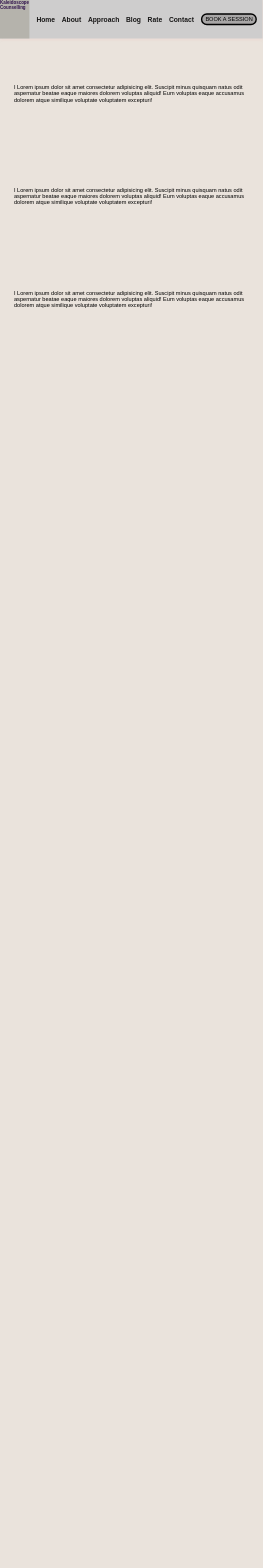
Repository: voutadi/ava-website
Page: index.html
The author's editor kept a copy of each file at every save. The page is drawn from the files as they stood at one save, then again after a run of saves.
The browser window is 375 px wide. The pictures show the part of the page from y = 0 to 2240 px (the page is 3120 px tall), at 70% of full size.

Above is the page before, as saved 2024-07-03 12:51:07.

After the next 2 saves:
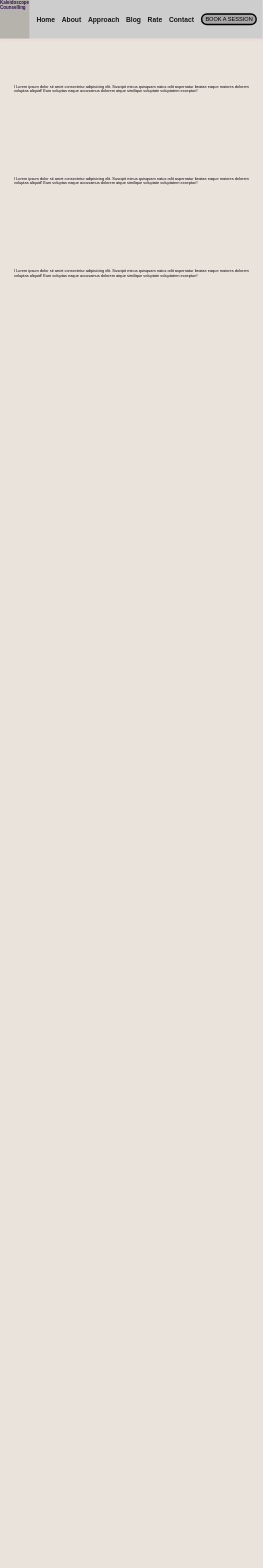
The 2 saves are shown as one change because they came seconds apart.
The last was saved 8 s later.
--- a/styles/style.css
+++ b/styles/style.css
@@ -91,7 +91,7 @@
 }
 @media (max-width: 380px) {
   body {
-    font-size: 0.35rem ;
+    font-size: 0.35rem !important;
   } /* Smaller font size */
   button {
     font-size: 0.35rem;

After the 2 saves that followed:
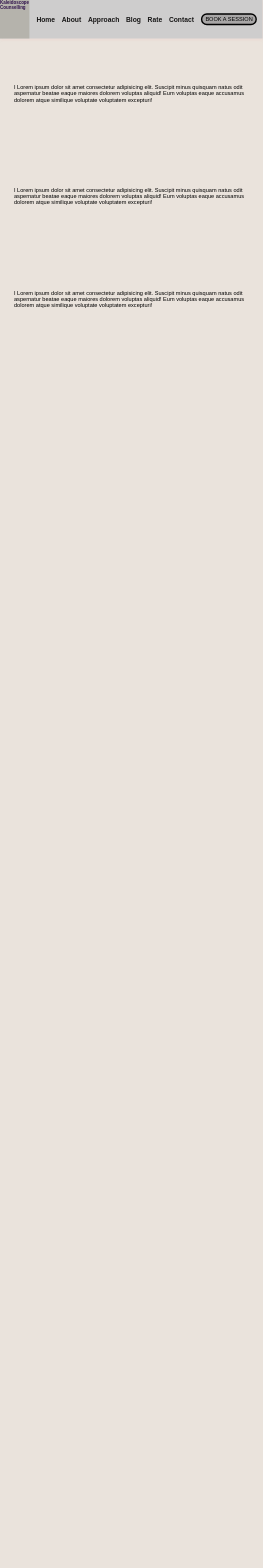
The 2 saves are shown as one change because they came seconds apart.
The last was saved 7 min 45 s later.
--- a/styles/style.css
+++ b/styles/style.css
@@ -91,7 +91,7 @@
 }
 @media (max-width: 380px) {
   body {
-    font-size: 0.35rem !important;
+    font-size: 0.35rem;
   } /* Smaller font size */
   button {
     font-size: 0.35rem;
